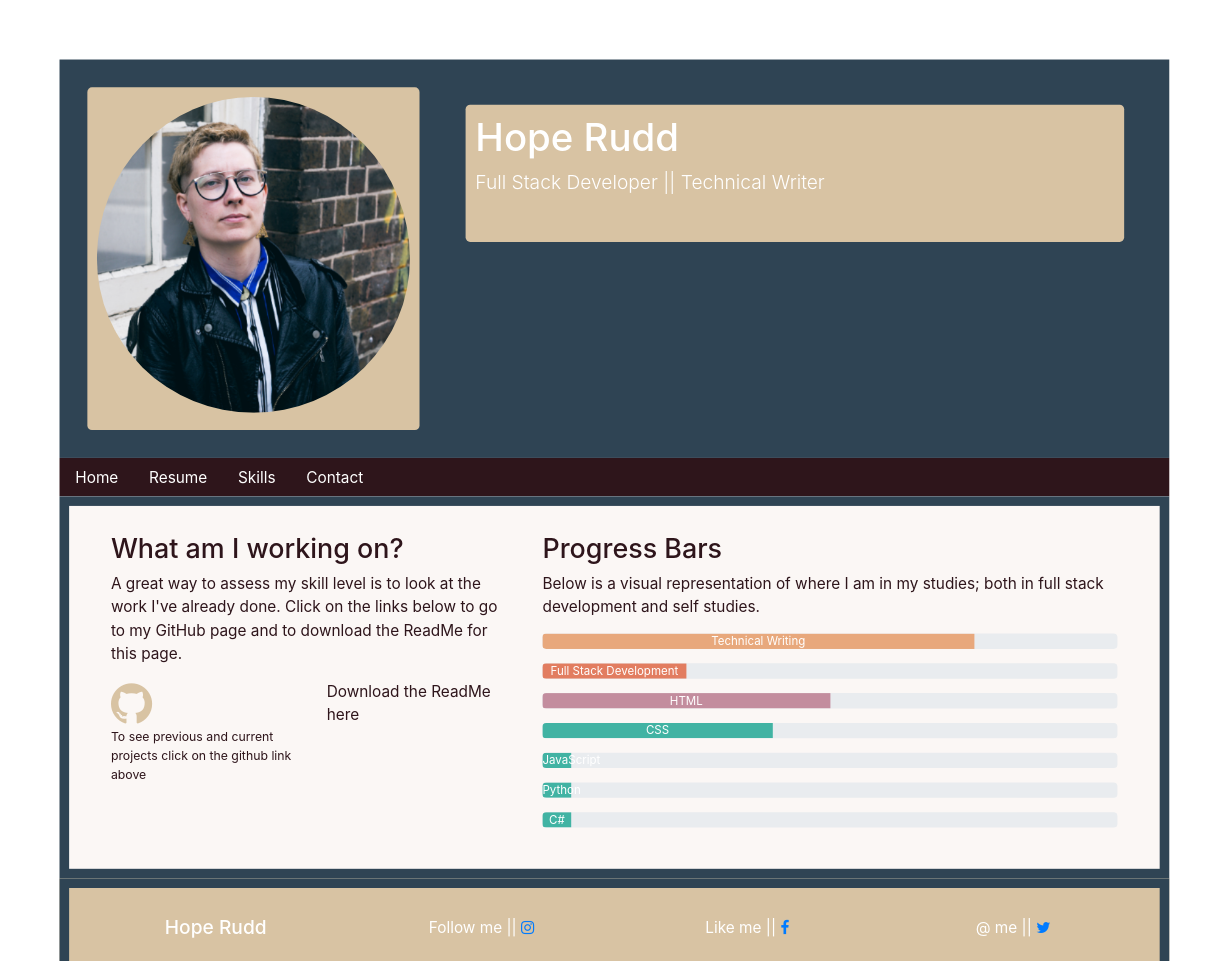
Repository: BleakTerrain/MilestoneProject-
Page: skills.html
The author's editor kept a record of every edit. The page is drawn from the files as they stood at one moment, then again after the next edit.
The browser window is 1280 px wide. The pictures show the whole page, at 96% of full size.
Some web libraries are served in a nearby version.

Above is the page before.

### skills.html
<html>

<head>
  <!-- Copied from UCB Resume code institue project -->

  <meta charset="UTF-8">
  <meta name="viewport" content="width=device-width, initial-scale=1.0">
  <meta http-equiv="X-UA-Compatible" content="ie=edge">
  <link rel="stylesheet" href="https://maxcdn.bootstrapcdn.com/bootstrap/4.2.1/css/bootstrap.min.css" type="text/css" />
  <link rel="stylesheet" href="https://maxcdn.bootstrapcdn.com/font-awesome/4.7.0/css/font-awesome.min.css" type="text/css" />
  <link rel="stylesheet" href="https://cdnjs.cloudflare.com/ajax/libs/hover.css/2.3.1/css/hover-min.css" type="text/css" />
  <link rel="stylesheet" href="assets/CSS/stylesheet.css" type="text/css" />
  <!-- Copied initial links end -->

  <title> Personal Portfolio</title>
</head>
<header>



</header>

<body>
<div class="intro-container">

 <!-------------------------Intro cards Started----------------------->
      <div class="row">
        <div class= "col-sm-4">
            <section class="jumbotron introtron">
          <img class="intro-image " src="BackgroundCodeInstitute.jpg" alt="Image not found">
           </div>
               <div class="col-sm-8">
                 <div class="jumbotron name-card">
                <h1>Hope Rudd</h1>
                 <p class="lead ">Full Stack Developer || Technical Writer </p>
                 </div>
        </section>
        </div>

      </div>
    </div>

</div>
<!-------------------------------Intro cards finished-------------------------------->
<!-------------------------------Nav bar started-------------------------------->
<!-- inspired by example at https://www.w3schools.com/bootstrap4/bootstrap_navs.asp -->
<ul class = " nav navbar-default">
            <li class="nav-item">
              <a class="nav-link" href="index.html">Home</a>
            </li>
            <li class="nav-item">
              <a class="nav-link" href="resume.html">Resume</a>
            </li>
            <li class="nav-item">
              <a class="nav-link" href="skills.html">Skills</a>
            </li>
            <li class="nav-item">
              <a class="nav-link" href="contact.html">Contact</a>
            </li>
          </ul>
<!-------------------------------Nav bar finished-------------------------------->
<!-------------------------------Bulk text started------------------------------->
    <section class="main-text container-fluid">
<div class="row skills-text-box">
  <div class="col-sm-5">
    <h3> What am I working on?</h3>
    <p>A great way to assess my skill level is to look at the work I've already done. Click on the links below to go to my GitHub page and to download the ReadMe for this page. </p>
    <div class="row">
        <div class="col-sm-6">
<a href = "https://github.com/BleakTerrain" target= "blank"> <i class= "fa fa-github skills-link"></i></a>
    <p><small>To see previous and current projects click on the github link above</small> </p>
      </div>
      <div class="col-sm-6">
          <p>Download the ReadMe here</p>
      </div>
      </div>
  </div>
  <div class="col-sm-7">
  <h3> Progress Bars </h3>
  <p> Below is a visual representation of where I am in my studies; both in full stack development and self studies. </p>
   <div class="progress skillsbar-main">
                <div class="progress-bar tech-writing " role="progressbar" aria-valuenow="40"
  aria-valuemin="0" aria-valuemax="100" style="width:75%">
  Technical Writing
  </div>
           </div>
            <div class="progress skillsbar-main">
                <div class="progress-bar full-stack " role="progressbar" aria-valuenow="40"
  aria-valuemin="0" aria-valuemax="100" style="width:25%">
  Full Stack Development
  </div>
           </div>
             <div class="progress skillsbar-main">
                <div class="progress-bar html" role="progressbar" aria-valuenow="40"
  aria-valuemin="0" aria-valuemax="100" style="width:50%">
  HTML
  </div>
           </div>
                <div class="progress skillsbar-main">
                <div class="progress-bar css" role="progressbar" aria-valuenow="40"
  aria-valuemin="0" aria-valuemax="100" style="width: 40%">
  CSS
  </div>
  </div>
                  <div class="progress skillsbar-main">
                <div class="progress-bar css" role="progressbar" aria-valuenow="40"
  aria-valuemin="0" aria-valuemax="100" style="width: 5%">
  JavaScript
  </div>
  </div>
              <div class="progress skillsbar-main">
                <div class="progress-bar css" role="progressbar" aria-valuenow="40"
  aria-valuemin="0" aria-valuemax="100" style="width: 5%">
  Python
  </div>
  </div>
          <div class="progress skillsbar-main">
                <div class="progress-bar css" role="progressbar" aria-valuenow="40"
  aria-valuemin="0" aria-valuemax="100" style="width: 5%">
 C#
  </div>
           </div>
  </div>
</div>

    </section>
    </body>
<!-------------------------------Bulk text finished------------------------------->
<!-------------------------------Footer Begins------------------------------------>


<footer class="footer container-fluid">
<div class="row">
<div class="col-sm-3 footer-item">
  <h5>  Hope Rudd  </h5>
  </div>
  <div class="col-sm-3 footer-item">
      <p>Follow me || <a href = "#"> <i class="fa fa-instagram aria-hidden=true"></i></a></p>
  <span class = "sr-only">Instagram link</span>
  </div>
  <div class="col-sm-3 footer-item">
      <p> Like me || <a href = "#"> <i class="fa fa-facebook aria-hidden=true"></i></a></p>
  <span class = "sr-only">Facebook Link</span>
  </div>
    <div class="col-sm-3 footer-item">
      <p>@ me || <a href = "#"> <i class="fa fa-twitter aria-hidden=true"></i></a></p>
  <span class = "sr-only">Twitter Link</span>
  </div>
</footer>

</html>

### assets/CSS/stylesheet.css

/* Main background taken from bootstraps basics project*/
/* General theme inspiration from : https://visme.co/blog/website-color-schemes/ */

body, html {
  height: 100%;
  margin: 2.5%;
}
/* -----------------------------------Intro bar---------------*/

.intro-container
{
padding:2.5%;
background-color: #2f4454;
}
.jumbotron
{
  margin:2.5%;
 padding: 10px;
 text-align: center;
  background-color: #D8C3A3;
  color:#fff;

}
.jumbotron-header
{
  font-size:500%;

}

.introtron
{
  margin:0;
min-height: 40%;
}

.intro-image {
  padding-bottom: 2.5%;
    width: 100%;
    background-position: center;
    background-repeat: no-repeat;
    transition: all .5s ease-in-out;
    -moz-transition: all .5s ease-in-out;
    -webkit-transition: all .5s ease-in-out;
  border-radius: 50%;
  display:inline-block;
}

.contact-card
{

  text-align: left;
  height:40%;
}
.name-card
{
  text-align:left;
  font-size: x-large;
  height:40%;
}
/*-----------------------------SkillsBar-------------------*/
.skill-bars
{
 width: 100%;
 border: solid 10px #41B3A3 ;
 padding: 2.5%;
}
.progress-index
{
  margin-bottom:5%;
}
.full-stack
{
  background-color: #E27D60;
}
.tech-writing
{
  background-color: #e8a87c;
}
.html
{
  background-color: #C38D9E;
}
.css
{
  background-color: #41B3A3;
}
/*----------------------------------Nav-----------------------*/
/* There are nav-item classes per nav items because I had different plans - these got changed but I'm keeping them just incase */
.nav
{

  text-align: center;
  background-color: #2E151B;

}
.nav-link
{
  color:#fff;
}
.nav-link:hover
{
  background-color:#eed2dc ;
  color:#2E151B;
}
.nav-item-resume
{
  background-color: #D8C3A3;
}
.nav-item-skills
{
  background-color: #D8C3A3;
}
.nav-item-contact
{
  background-color: #D8C3A3;
}
/*-----------------------------Main-Text-------------------*/
.main-text
{
  background-color: #2f4454;
}

.main-text-box
{
  border: solid 10px #2f4454;
  background-color: #2f4454;
  color: #fff;
}
.other-image-background
{
border: solid 10px #2f4454;
 margin:0;
}
.other-image {

width: 100%;
  display:block;

}

.resume-main-text,
.skills-text-box
{
  color:#2E151B;
  background-color:#fbf7f5 ;
  border: solid 10px #2f4454;
  padding:2.5% ;
}

.resume-image
{
  max-height: 50%;
   margin-top: 2.5%;
    padding-bottom: 2.5%;
    width: 100%;
    background-repeat: no-repeat;
  display:inline-block;
}

.skillsbar-main
{
margin-bottom: 2.5%;
}

.skills-link
{
font-size: 50px;
color: #D8C3A3;
}

.skills-link:hover
{
color:#eed2dc ;
}


/*-----------------------------Timeline-------------------*/
/*-- Influenced by http://www.prepbootstrap.com/bootstrap-template/timeline ---*/
.timeline {
  list-style: none;
  padding: 10px 0 10px;
  position: relative;

}
.timeline:before {
  top: 0;
  bottom: 0;
  position: absolute;
  content: " ";
  width: 3px;
  background-color: #2f4454 ;
  left: 10px;
  margin-left:-2px;
}
.timeline-item {
  margin-bottom: 10px;
  position: relative;
}

.timeline-item:before
.timeline-item:after {
  content: " ";
  display: table;
}

 .timeline-panel {
   background-color: #2f4454;
   color:#fff;
  width: 90%;
  float: center;
  border: 1px solid #d4d4d4;
  border-radius: 10px;
  padding: 10px;
  position: relative;
  margin-left: 35px;
}
.timeline-panel:before {
  position: absolute;
  display: block;
}
.timeline-panel:after {
  position: absolute;
  display: block;
}
 .timeline-badge {
  color:#2f4454 ;
  font-size: 30px;
  line-height: 25px;
  text-align: center;
  position: absolute;
  top: 16px;
  left: -7px;

}

/*------------------------------Footer---------------------*/
.footer
{ background-color: #D8C3A3;
color:#fff;
padding: 2.5%;
border: solid 10px #2f4454 ;
}
.footer-item
{
  text-align: center;
}
/*------------------------------MediaQueries-----------------*/

@media (max-width: 573)
{
  .name-card
{
height: 100%;
background-color: #E85a4f;
}


.contact-card
{
height: 100%;
background-color: #E98074;
}
}
.other-image
{
  height:100%;

}

After the next edit:
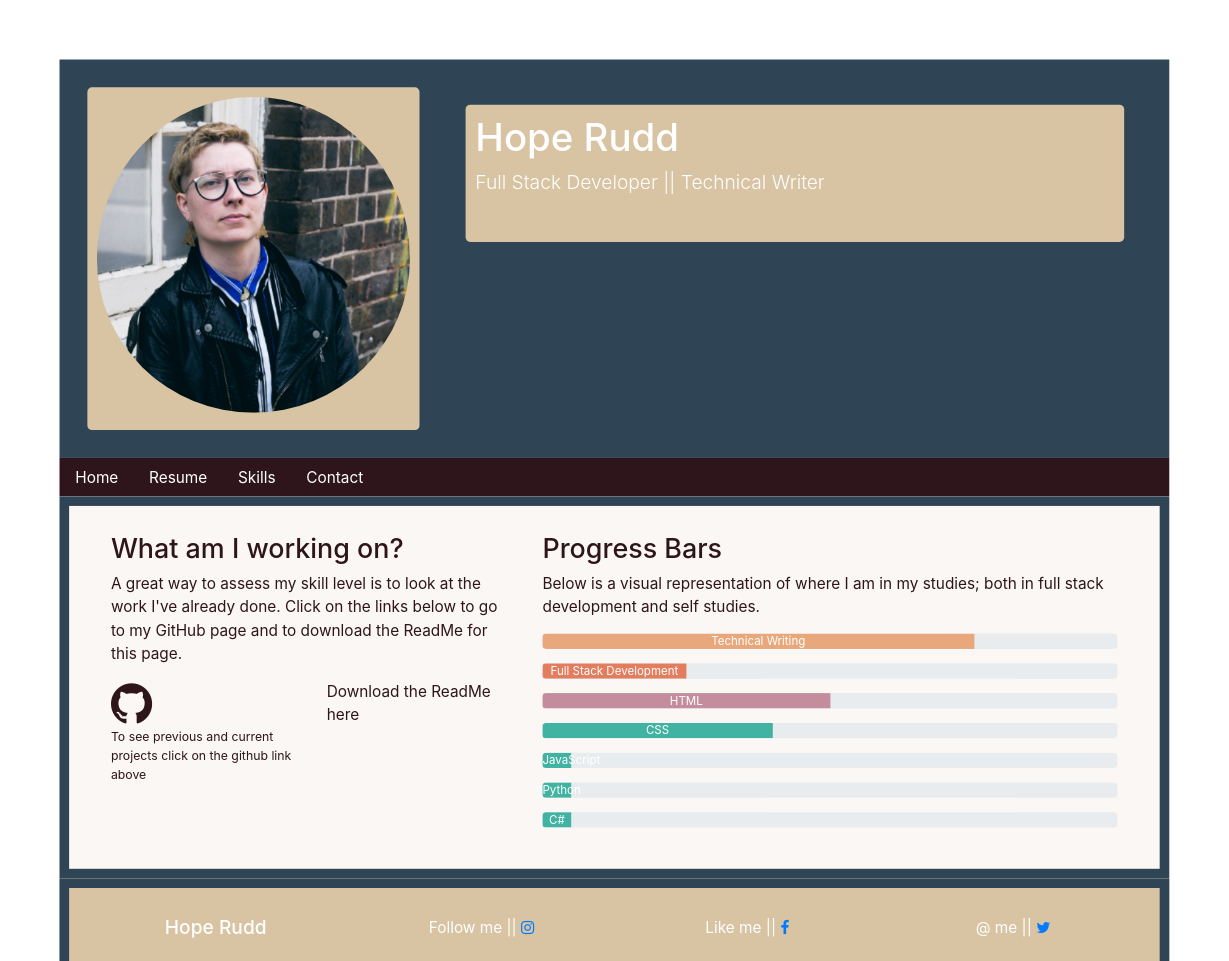
The edit:
--- a/assets/CSS/stylesheet.css
+++ b/assets/CSS/stylesheet.css
@@ -166,7 +166,8 @@
 .skills-link
 {
 font-size: 50px;
-color: #D8C3A3;
+color: #2E151B;
+text-align: center;
 }
 
 .skills-link:hover
